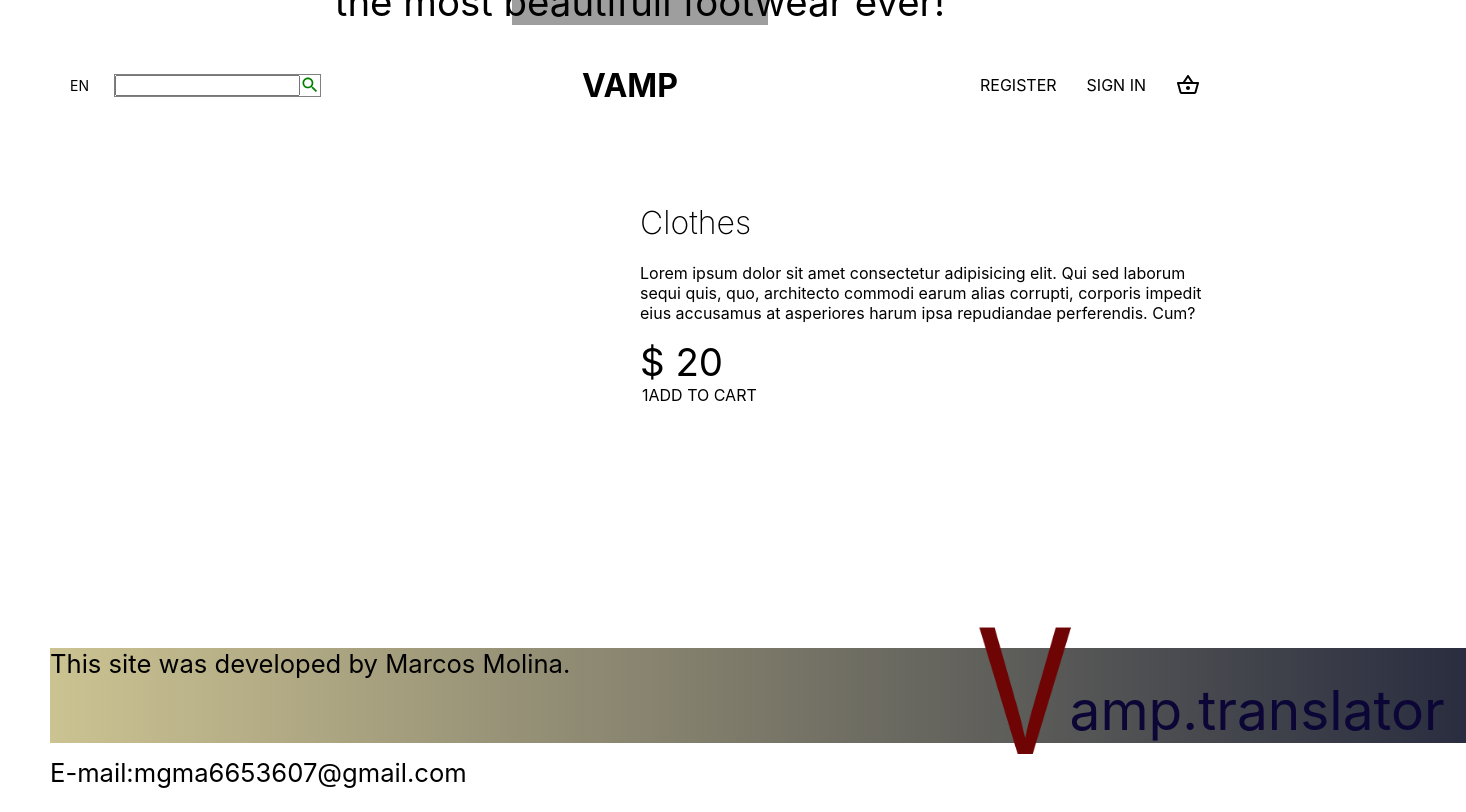
Repository: mgma2005/ecoeli
Page: /
These files come from the project's save history. The page is drawn as it stood at one moment and after a run of saves; the edit follows.
The browser window is 1280 px wide. The page is 1466 px wide, then 1372 px, so the pictures cover 1466 px, including what lies to the right of the window. The pictures show the part of the page from y = 148 to 960 px (the page is 960 px tall).
Pictures or frames that could not be fetched are drawn as grey boxes. The project was rebuilt for these pictures with package versions that can differ from the ones it lists, and the page was loaded fresh each time. Also part of the build but not shown: src/App.css.

Above is the page before, as saved 2022-05-14 17:40:45.

### src/App.js

import './App.css';
//import Home from './pages/Home';
import React from 'react';
//import ProductList from './pages/ProductList';
import Product from './pages/Product';


function App() {
  return <Product />
}

export default App;

### src/pages/Product.jsx
import { Add } from "@material-ui/icons";
import { Remove } from "@material-ui/icons";
import styled from "styled-components";
//import Product from '../pages/Product';
import Announcement from "../Components/Announcement";
import Navbar from '../pages/Navbar';
import Footer from '../Components/Footer';




const Container = styled.div`
  padding: 50px;

`;

const Wrapper = styled.div`
  display: flex;
`;

const ImgContainer = styled.div`
  flex: 1;
`;

const Image = styled.div`
  width: 100%;
  height: 90vh;
  object-fit: cover;
`;

const InfoContainer = styled.div`
  flex: 1;
  padding: 0px 50 px;
`;

const Title = styled.h1`
  font-weight: 200;
  margin-top: 20%;
`;

const Desc = styled.p``;

const Price = styled.span`
  font-size: 3vw;
`;

const AddContainer = styled.option`
  display: flex;
  align-items: center;
  width: 50%;
  justify-content: space-between;
`;
const AmountContainer = styled.div`
  display: flex;
  align-items: center;
  font-weight: 700;
`;
const Amount = styled.span``;

const Button = styled.button``;





const Product = ({ item }) => {
  return (
    <Container>
        <Announcement/>
        <Navbar/>
        <Wrapper>
        <ImgContainer>
        <Image src="https://www.tactimex.com/wp-content/uploads/2018/11/Googles1.jpg"/>
        </ImgContainer>
        <InfoContainer>
          <Title>Clothes</Title>
          <Desc>Lorem ipsum dolor sit amet consectetur adipisicing elit. Qui sed laborum sequi quis, quo, architecto commodi earum alias corrupti, corporis impedit eius accusamus at asperiores harum ipsa repudiandae perferendis. Cum? </Desc>
          <Price>$ 20</Price>
          <AddContainer>

            <AmountContainer>
              <Remove/>
              <Amount>1</Amount>
              <Add/>
            </AmountContainer>
            <Button>ADD TO CART</Button>
          </AddContainer>
        </InfoContainer>
      </Wrapper>
      <Footer />
    </Container>
  );
};

export default Product;

### src/Components/Announcement.jsx
import styled from "styled-components";
import React from "react";

const Text = styled.div`
  font-size: 5vw;
  text-align: center;
  background-image: url("https://img.freepik.com/foto-gratis/bandera-argentina-sobre-fondo-blanco_532129-292.jpg?w=900");
  background-size: 20vw;
  background-repeat: no-repeat;
  background-position: center;



`

const P = styled.div`
  font-size: 3vw;
`


const Announcement = () => {
  return (
    <Text>
          Wellcome to Miss Argentina...
        <P>
          the most beautifull footwear ever!
        </P>
    </Text>
  )
}

export default Announcement

### src/pages/Navbar.jsx
import React from 'react';
import styled from 'styled-components';
import { Search, ShoppingBasketOutlined } from "@material-ui/icons";
import { Badge } from '@material-ui/core';



const Container = styled.div`
height: 60px;

`

const Wrapper = styled.div`
padding: 10px 20px;
display: flex;
align-items: center;
justify-content: space-between;

`

const Left = styled.div`
flex: 1;
display: flex;
align-items: center;
`

const Language = styled.span`
    font-size: 14px;
    cursor: pointer;
`

const SearchContainer = styled.div`
    border: 1px solid gray;
    display: flex;
    align-items: center;
    margin-left: 25px;
`

const Input = styled.input`
    border= none;
`
const Logo = styled.h1`
    font-weight: bold;
`


const Center = styled.div`
flex: 1;
text-align: center;
`
const Right = styled.div`
flex: 1;
display: flex;
align-items: center;
justify-content: flex-end;
`

const MenuItem = styled.div`
    font-size= 14px;
    cursor: pointer;
`

function Navbar() {
    return (
        <Container>
            <Wrapper>
            <Left>
               <Language>EN</Language>
               <SearchContainer>
                   <Input/>
                   <Search style={{color:"green", fontSize: 20}}/>
               </SearchContainer>
            </Left>
            <Center><Logo>VAMP</Logo></Center>
            <Right style={{padding: 5, margin: 5}}>
                <MenuItem>REGISTER</MenuItem>
                <MenuItem style={{padding: 30}}>SIGN IN</MenuItem>
                <MenuItem>
                <Badge badgecontent={4} color="primary">
                    <ShoppingBasketOutlined/>
                </Badge>
                </MenuItem>

            </Right>
            </Wrapper>
        </Container>
    );
}

export default Navbar;

### src/Components/Footer.jsx
import React from 'react';
import '../style.css';

  function Footer() {
	return (
		<div className="row">
			<div className="cont2">
				<div className="thissite">This site was developed by Marcos Molina.</div>
				<div className="email">E-mail:mgma6653607@gmail.com</div>
				<div className="col-6">
					<div className="V">V</div>
					<div className="ampi">amp.translator</div>
				</div>
			</div>
		</div>
	);
}

export default Footer;

### src/style.css
.cont2{
    margin-left: 0%;
    width: 120%;
    height: auto;
    background: linear-gradient(to right, rgb(204, 195, 146),rgb(41, 45, 63));

}

.thissite{
    font-size: 2vw;
    width: 70vw;

    margin-top: -6%;

}

.email{
    font-size: 2vw;
    align-content: center;
    margin-top: 5.5%;

}

.V{

        color: rgb(110, 4, 4);
        font-family: Courier;
        font-size: 15vw;
        margin-left: 64%;
        margin-top: -13.7%;



        animation-name: vamp;
        animation-timing-function: linear;
        animation-duration: 4s;
        -webkit-transform-origin-x: 5vw;
        animation-iteration-count: infinite;
    }
    @keyframes vamp{
        from{transform: rotateY(0deg);}
        to{transform: rotateY(360deg);}
    }


.ampi{
    font-size: 4.3vw;
    margin-left: 72%;
    margin-top: -9.5%;
    color: rgb(11, 6, 53);



}

Loaded but not shown: public/index.html (common file); src/index.js (common file); src/index.css (common file); src/reportWebVitals.js (common file)

After the next 2 saves:
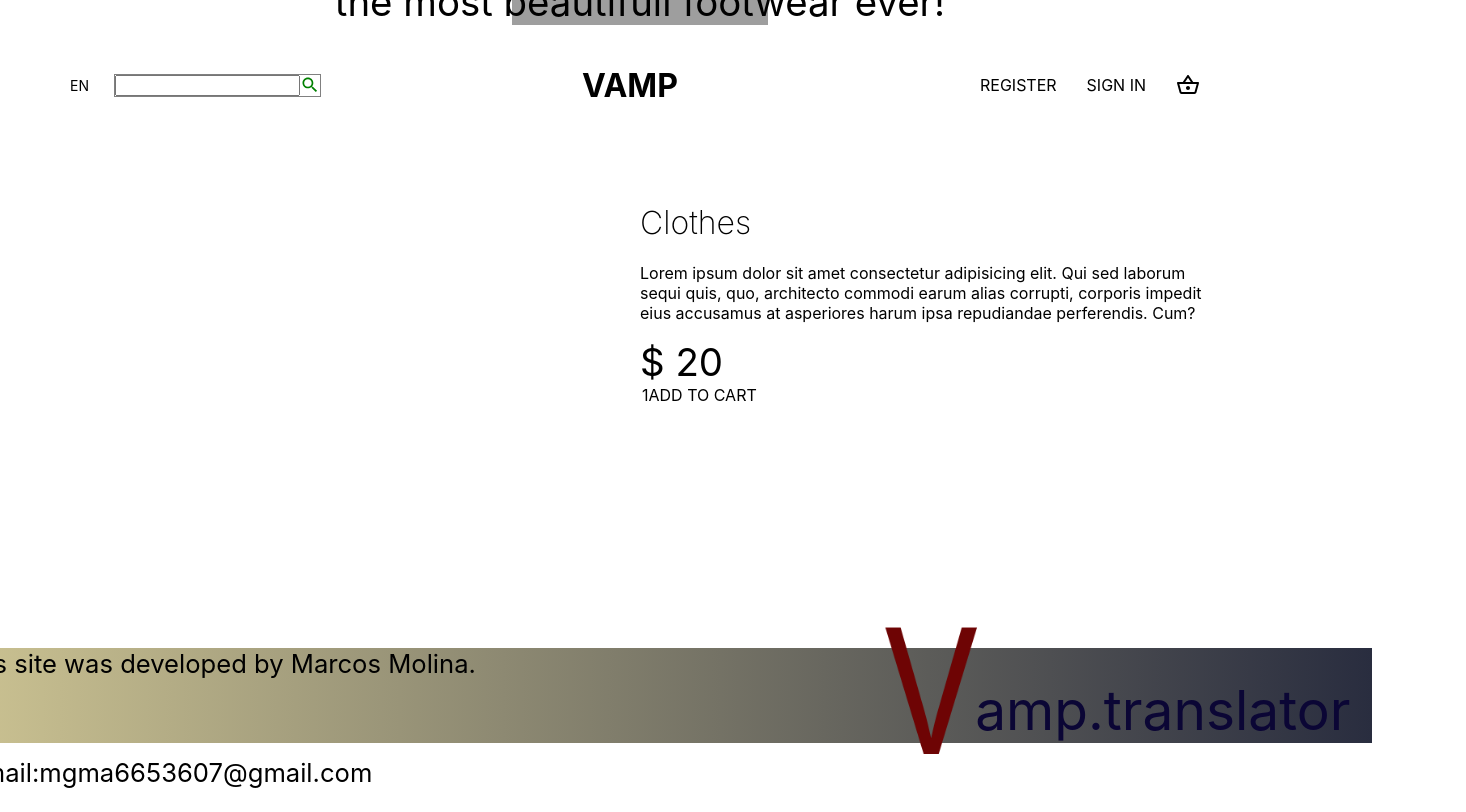
The 2 saves are shown as one change because they came seconds apart.
The last was saved 9 s later.
--- a/src/style.css
+++ b/src/style.css
@@ -1,5 +1,5 @@
 .cont2{
-    margin-left: 0%;
+    margin-left: -8%;
     width: 120%;
     height: auto;
     background: linear-gradient(to right, rgb(204, 195, 146),rgb(41, 45, 63));
